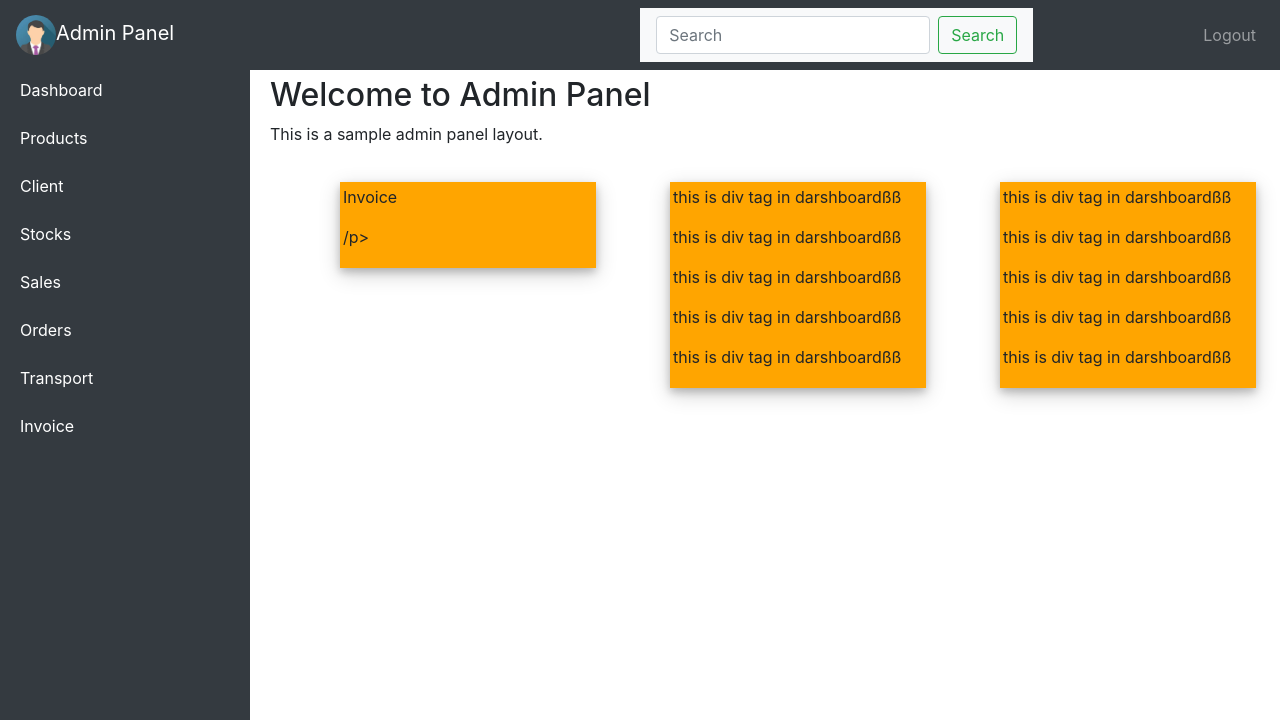
Repository: AmrutaAware/CodingQueens
Page: workspaceBilling/BillingSystem/src/main/webapp/home.html
An editor plug-in stored every save of this project. The page is shown before and after the next save, followed by the edit.
The browser window is 1280 px wide. The pictures show the whole page.
Some web libraries are served in a nearby version.

Above is the page before, as saved 2024-03-14 11:34:14.

After the next save:
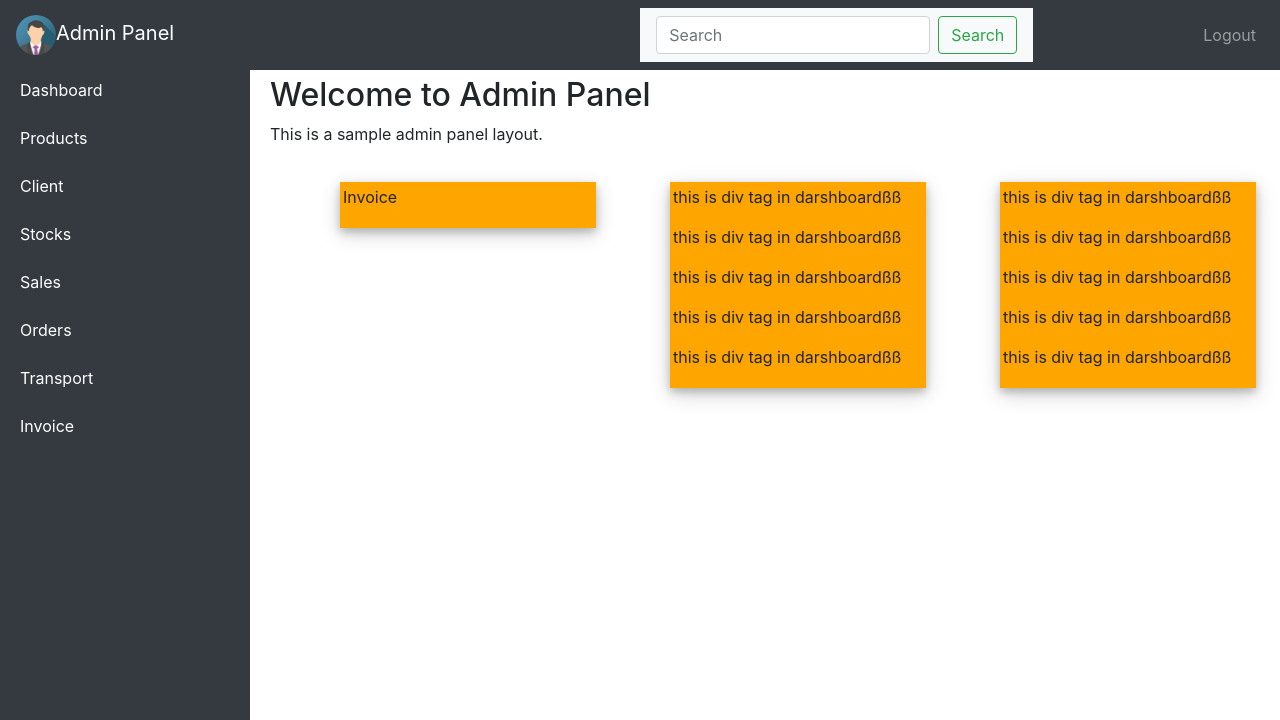
Saved 10 s later.
--- a/workspaceBilling/BillingSystem/src/main/webapp/home.html
+++ b/workspaceBilling/BillingSystem/src/main/webapp/home.html
@@ -165,7 +165,7 @@
   </div>
 <div class="dashboard">
       <p>Invoice</p>
-      <p>/p>
+
       </div>
       <div class="dashboard1">
       <p>this is div tag in darshboardßß</p>
